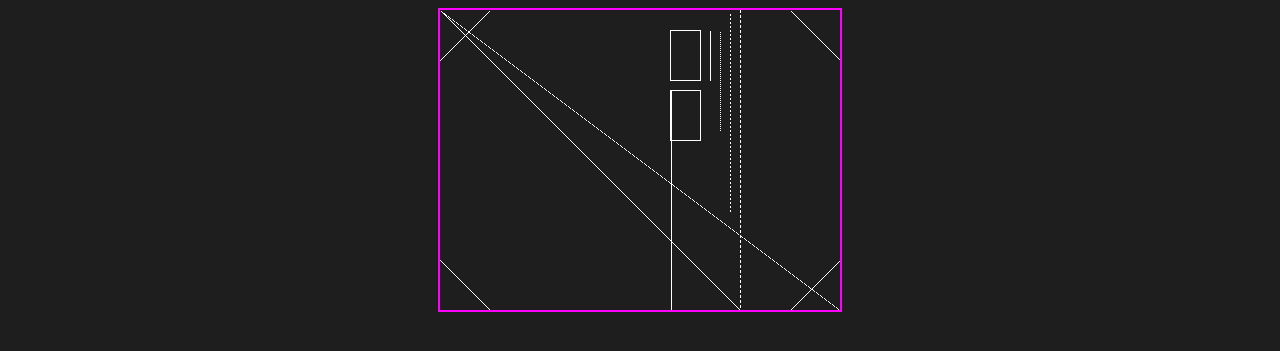
Repository: StarLightGX/miao
Page: paint.html
These files come from the project's save history. The page is drawn as it stood at one moment and after the next save; the edit follows.
The browser window is 1280 px wide. The pictures show the whole page.

Above is the page before, as saved 2020-11-12 20:28:28.

After the next save:
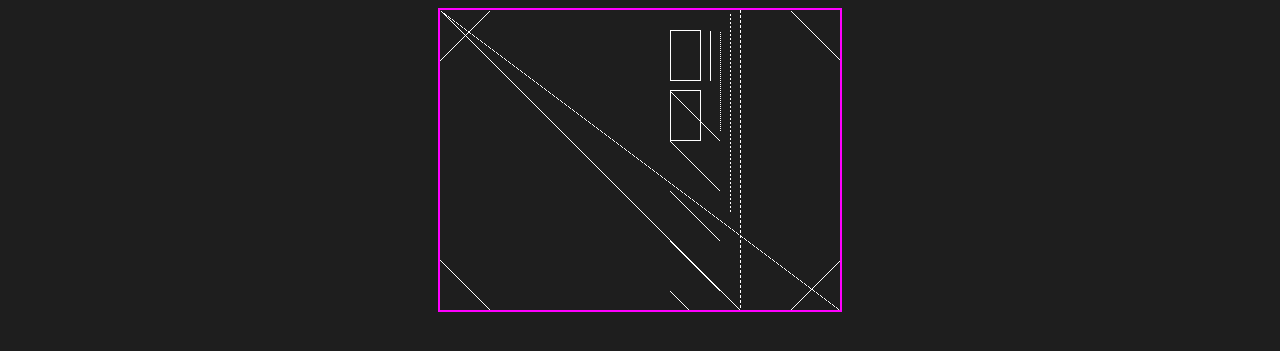
Saved 11 s later.
--- a/paint.html
+++ b/paint.html
@@ -213,7 +213,7 @@
     for (var c = 0; c < 50; c++) {
       for (i = 0; i < 50; i++) {
         y = y + 1;
-        x = 230 + 1;
+        x = 230 + i;
         dot(x, y);
       }
     }
